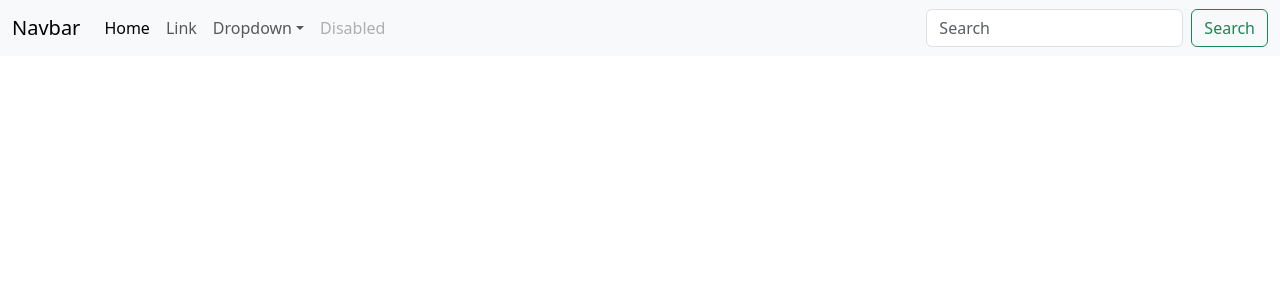
Repository: asad3407886839/E-commerce-Store
Page: /products (app in vite-project/)
These files come from the project's save history. The page is drawn as it stood at one moment and after the next save; the edit follows.
The browser window is 1280 px wide. The pictures show the whole page.
The project was rebuilt for these pictures with package versions that can differ from the ones it lists, and the page was loaded fresh each time. Also part of the build but not shown: vite-project/vite.config.js, vite-project/src/index.css.

Above is the page before, as saved 2024-06-29 15:00:54.

After the next save:
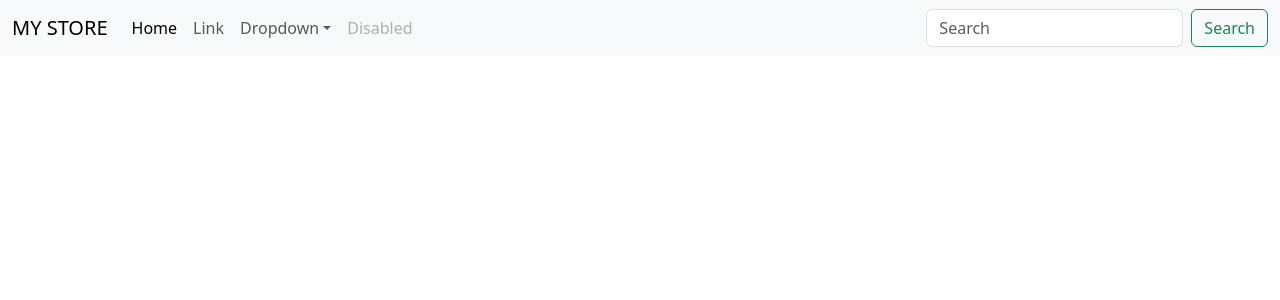
Saved 79 s later.
--- a/vite-project/src/components/Navbar.jsx
+++ b/vite-project/src/components/Navbar.jsx
@@ -5,7 +5,7 @@
     <div>
       <nav className="navbar navbar-expand-lg bg-body-tertiary">
         <div className="container-fluid">
-          <a className="navbar-brand" href="#">Navbar</a>
+          <a className="navbar-brand font-bold" href="#">MY STORE</a>
           <button
             className="navbar-toggler"
             type="button"
